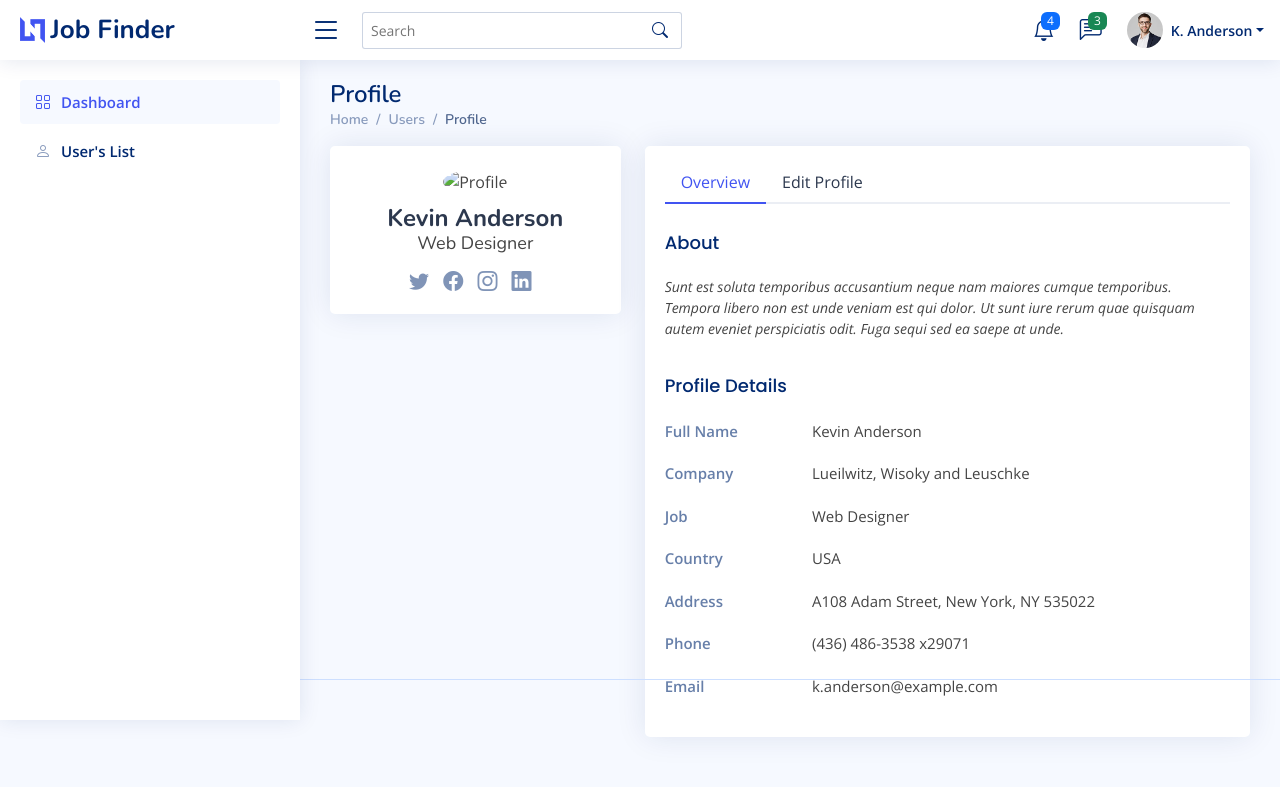
Repository: neha-rouniyar/jobfinder
Page: http://localhost/employer/my-profile
An editor plug-in stored every save of this project. The page is shown before and after a run of saves, followed by the edit.
The browser window is 1280 px wide. The pictures show the whole page.
The page is served by the project's Laravel application, run on PHP 8.4 with Laravel 10. A made-up administrator, Test User (test@example.com), is signed in.

Above is the page before, as saved 2023-12-21 22:34:08.

After the next 3 saves:
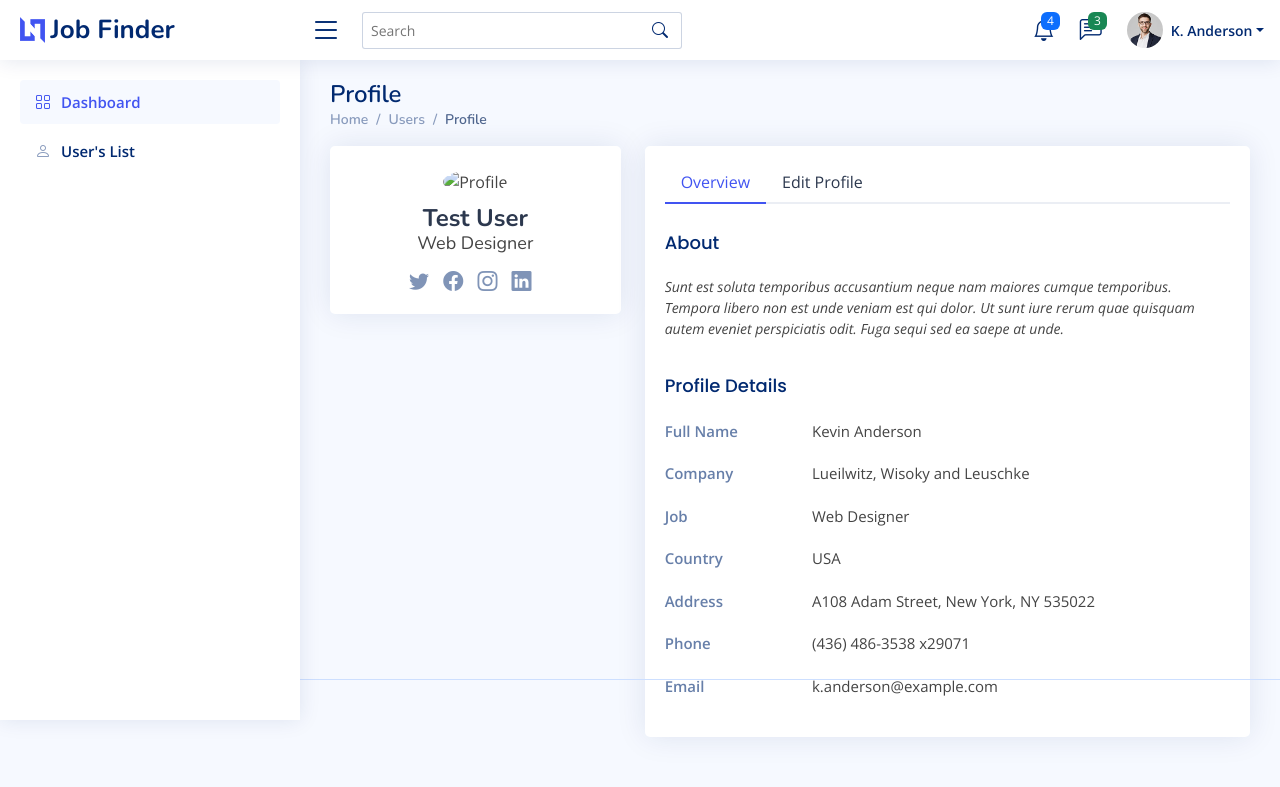
The 3 saves are shown as one change because they came seconds apart.
The last was saved 13 s later.
--- a/resources/views/employer/myProfile.blade.php
+++ b/resources/views/employer/myProfile.blade.php
@@ -23,7 +23,7 @@
                 <div class="card-body profile-card pt-4 d-flex flex-column align-items-center">
 
                   <img src="assets/img/profile-img.jpg" alt="Profile" class="rounded-circle">
-                  <h2>Kevin Anderson</h2>
+                  <h2>{{Auth::user()->name}}</h2>
                   <h3>Web Designer</h3>
                   <div class="social-links mt-2">
                     <a href="#" class="twitter"><i class="bi bi-twitter"></i></a>
